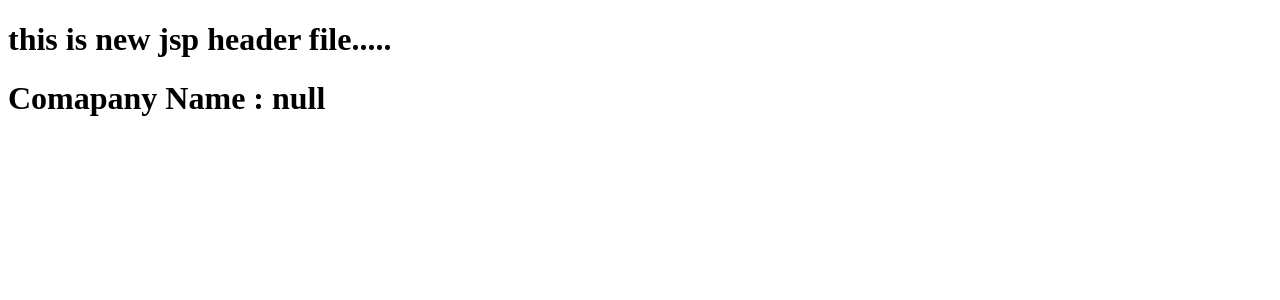
Repository: AdityaGattu/Presidio_Intern
Page: http://localhost/MiniPro/header.jsp
An editor plug-in stored every save of this project. The page is shown before and after the next save, followed by the edit.
The browser window is 1280 px wide. The pictures show the whole page.
The page is served by Tomcat 9.

Above is the page before, as saved 2021-04-09 06:05:02.

After the next save:
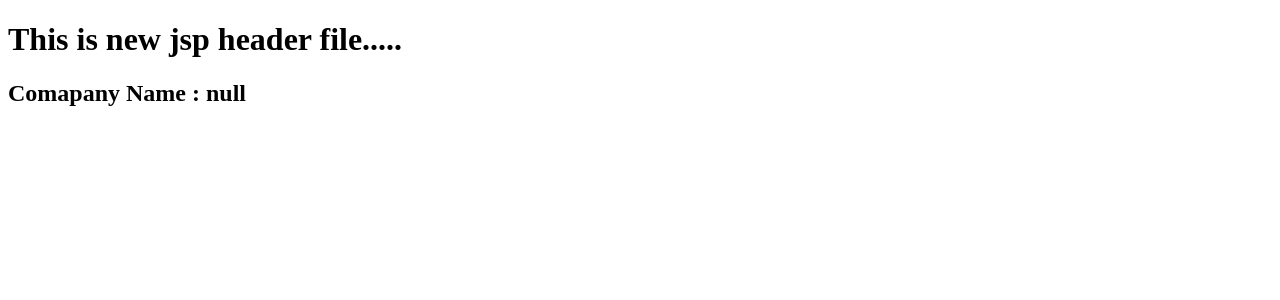
Saved 34 s later.
--- a/NEW/MiniPro/WebContent/header.jsp
+++ b/NEW/MiniPro/WebContent/header.jsp
@@ -7,7 +7,7 @@
 <title>Insert title here</title>
 </head>
 <body>
-<h1>this is new jsp header file.....</h1>
-<h1>Comapany Name : <%= request.getParameter("cname") %></h1>
+<h1>This is new jsp header file.....</h1>
+<h2>Comapany Name : <%= request.getParameter("cname") %></h2>
 </body>
 </html>
